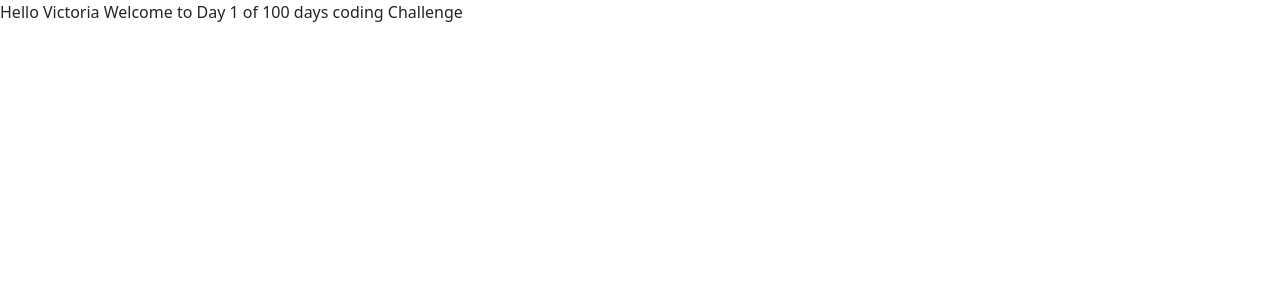
Repository: VickyJacob23/100DaysOfCoding
Page: day1/index.html
These files come from the project's save history. The page is drawn as it stood at one moment and after the next save; the edit follows.
The browser window is 1280 px wide. The pictures show the whole page.

Above is the page before, as saved 2024-08-14 11:31:32.

After the next save:
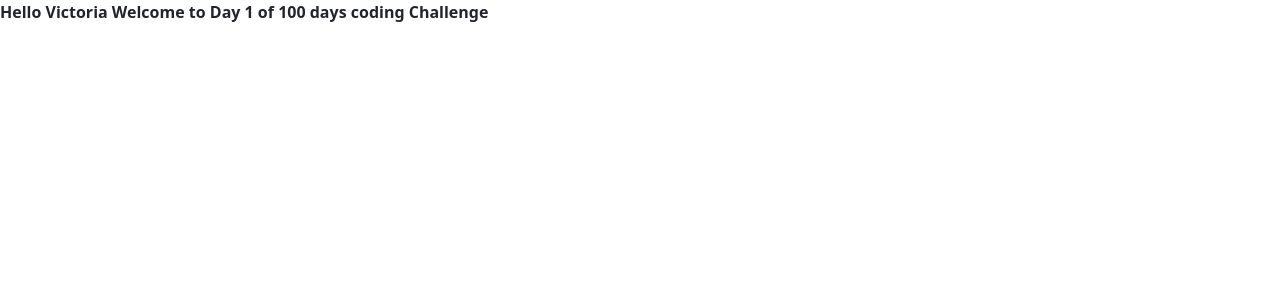
Saved 20 s later.
--- a/day1/index.html
+++ b/day1/index.html
@@ -12,7 +12,7 @@
     <link rel="stylesheet" href="style.css" />
     <title>Day 1</title>
   </head>
-  <body class="fw-5">
+  <body class="fw-bold">
     <script src="script.js"></script>
   </body>
 </html>
